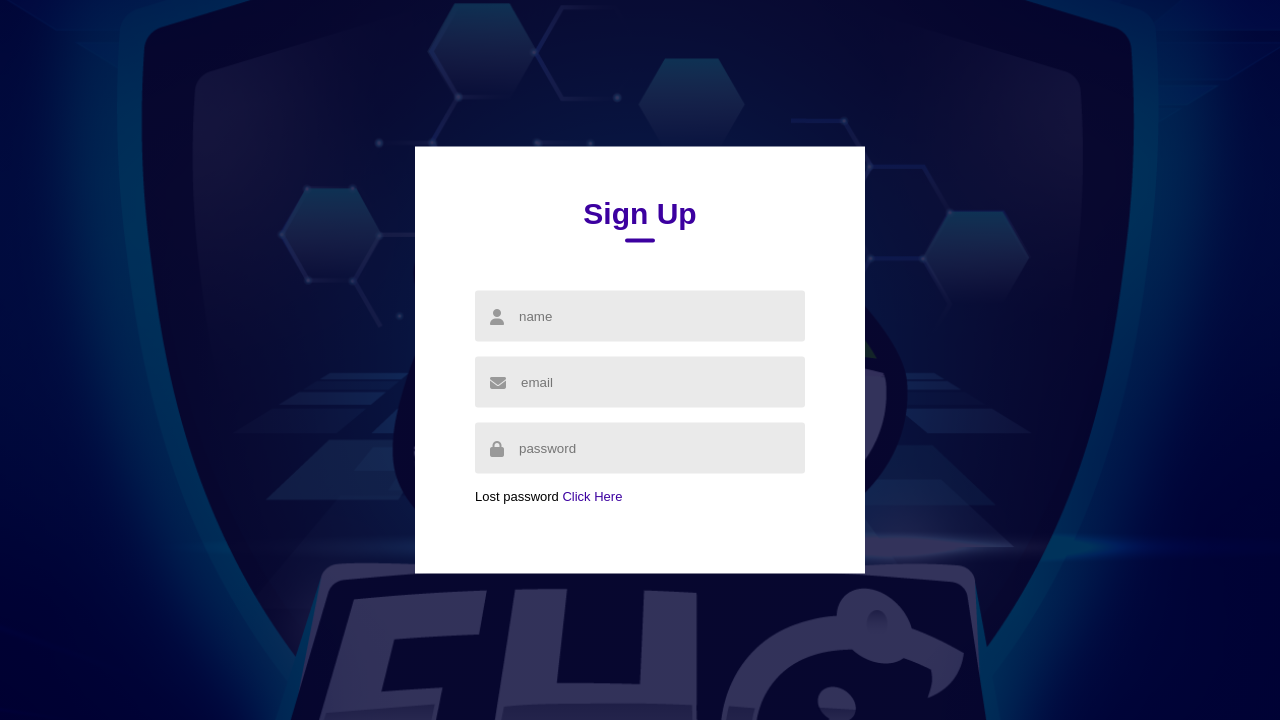
Repository: vietanhlek48/loginProject
Page: index.html
These files come from the project's save history. The page is drawn as it stood at one moment and after the next save; the edit follows.
The browser window is 1280 px wide. The pictures show the whole page.
Some web libraries are served in a nearby version.

Above is the page before, as saved 2023-02-16 00:58:25.

### index.html
<!DOCTYPE html>
<html lang="en">
<head>
    <meta charset="UTF-8">
    <meta http-equiv="X-UA-Compatible" content="IE=edge">
    <meta name="viewport" content="width=device-width, initial-scale=1.0">
    <title>EHC Login Page</title>
    <link rel="stylesheet" href="style.css">
    <script src="https://kit.fontawesome.com/e76348e85f.js" crossorigin="anonymous"></script>
</head>
<body>
    <div class="container">
        <div class="form-box">
            <h1>Sign Up</h1>
            <form>
                <div class="input-group">
                    <div class="input-field">
                        <i class="fa-solid fa-user"></i>
                        <input type="text" placeholder="name">
                    </div>

                    <div class="input-field">
                        <i class="fa-solid fa-envelope"></i>
                        <input type="email" placeholder="email">
                    </div>

                    <div class="input-field">
                        <i class="fa-solid fa-lock"></i>
                        <input type="password" placeholder="password">
                    </div>
                </div>
                <p>Lost password <a href="###">Click Here</a></p>
            </form>
        </div>

    </div>



</body>
</html>

### style.css
*{
    margin: 0;
    padding: 0;
    font-family: 'Poppins', sans-serif;
    box-sizing: border-box;
}

.container{
    width: 100%;
    height: 100vh;
    background-image: linear-gradient(rgba(0, 0, 50, 0.8), rgba(0, 0, 50, 0.8)), url(background.png);
    background-position: center;
    background-size: cover;
    position: fixed;
}

.form-box{
    width: 90%;
    max-width: 450px;
    position: absolute;
    top: 50%;
    left: 50%;
    transform: translate(-50%, -50%);
    background: #fff;
    padding: 50px 60px 70px;
    text-align: center;
}

.form-box h1{
    font-size: 30px;
    margin-bottom: 60px;
    color: #3c00a0;
    position: relative;
}

.form-box h1::after{
    content: '';
    width: 30px;
    height: 4px;
    border-radius: 3px;
    background: #3c00a0;
    position: absolute;
    bottom: -12px;
    left: 50%;
    transform: translateX(-50%);
}

.input-field{
    background: #eaeaea;
    margin: 15px 0;
    border-radius: 3px;
    display: flex;
    align-items: center;
}

input{
    width: 100px;
    background: transparent;
    border: 0;
    outline: 0;
    padding: 18px 15px;
}

.input-field i{
    margin-left: 15px;
    color: #999;
}

form p{
    text-align: left;
    font-size: 13px;
}

form p a{
    text-decoration: none;
    color: #3c00a0;
}

After the next save:
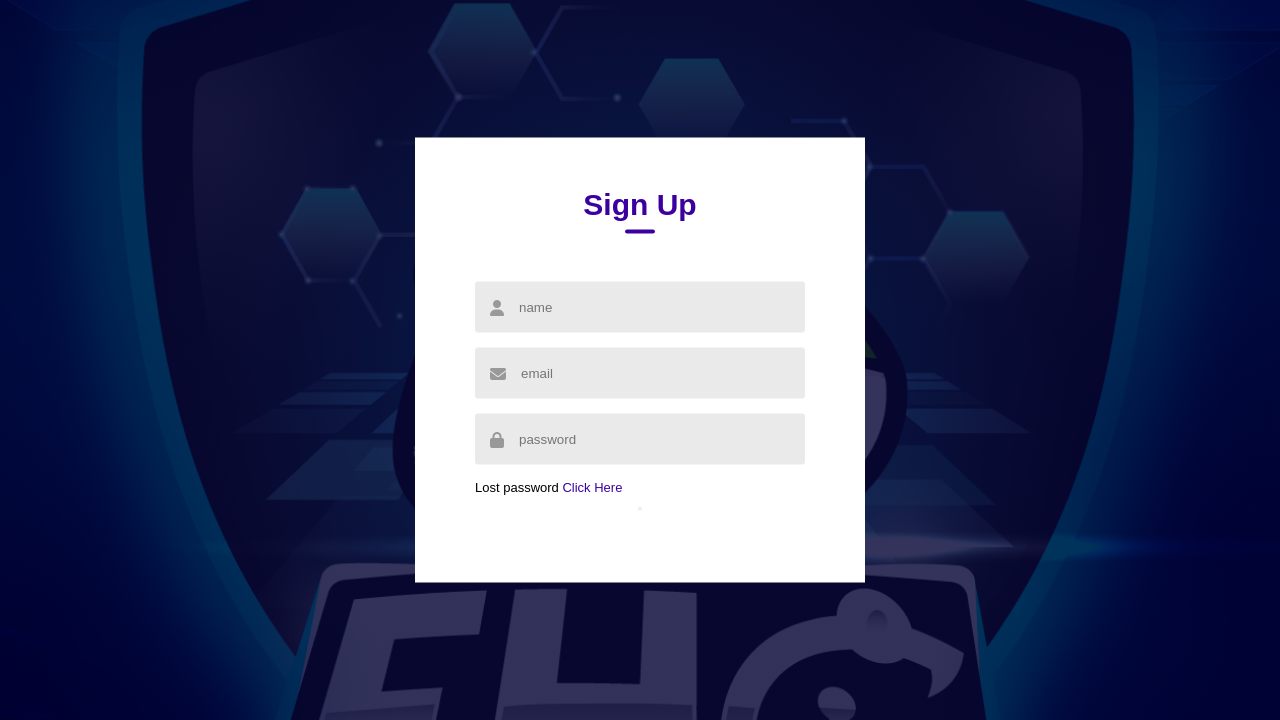
Saved 50 s later.
--- a/index.html
+++ b/index.html
@@ -30,6 +30,11 @@
                     </div>
                 </div>
                 <p>Lost password <a href="###">Click Here</a></p>
+
+
+                <div class="btn-field">
+                    <button typpe="button"></button>
+                </div>
             </form>
         </div>
 
